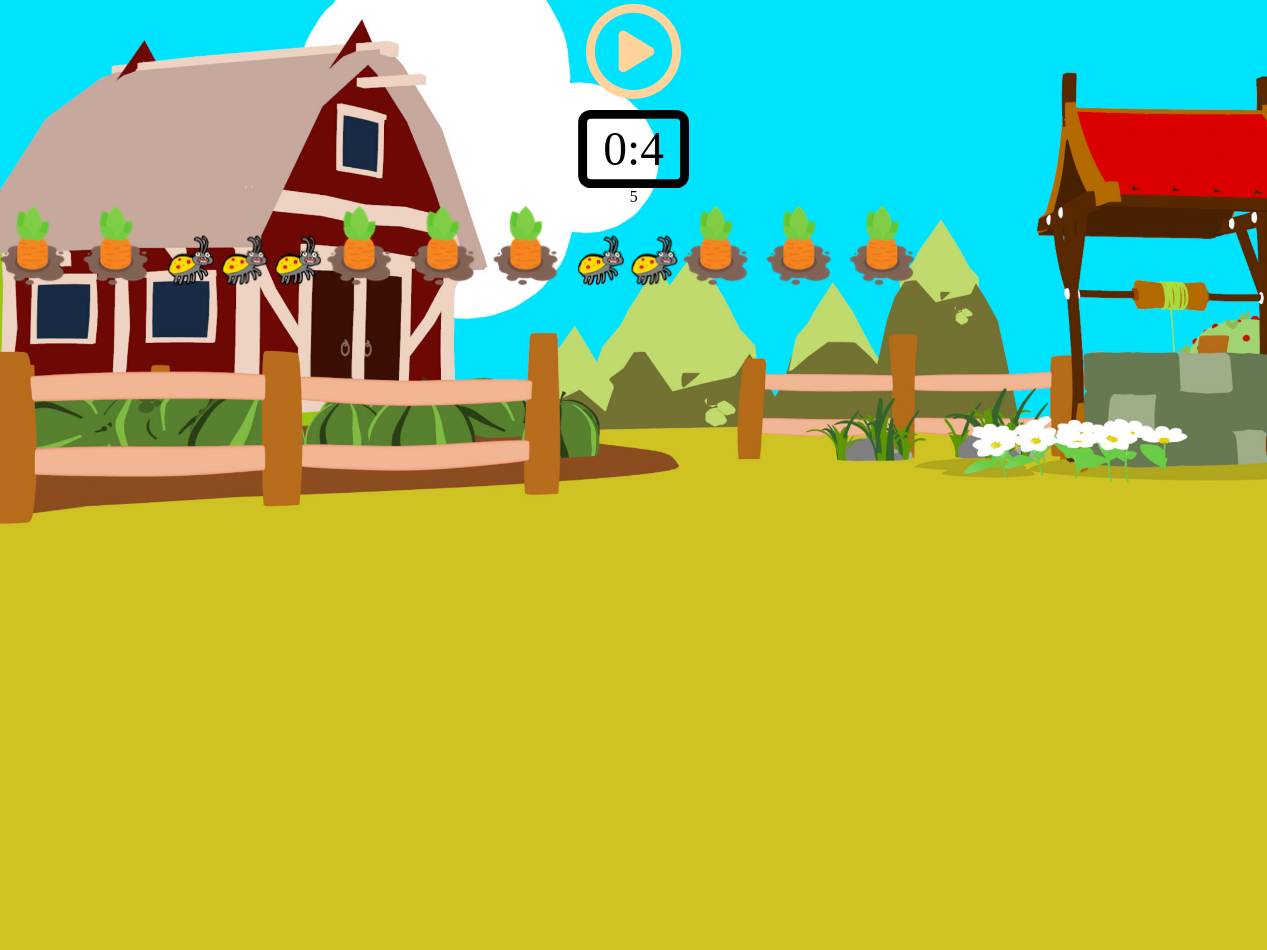
Repository: sephinejo/Mini-carrot-game
Page: index.html
The author's editor kept a copy of each file at every save. The page is drawn from the files as they stood at one save, then again after a run of saves.
The browser window is 1280 px wide. The pictures show the whole page, at 99% of full size.
Some web libraries are served in a nearby version.

Above is the page before, as saved 2023-05-14 21:23:49.

After the next 2 saves:
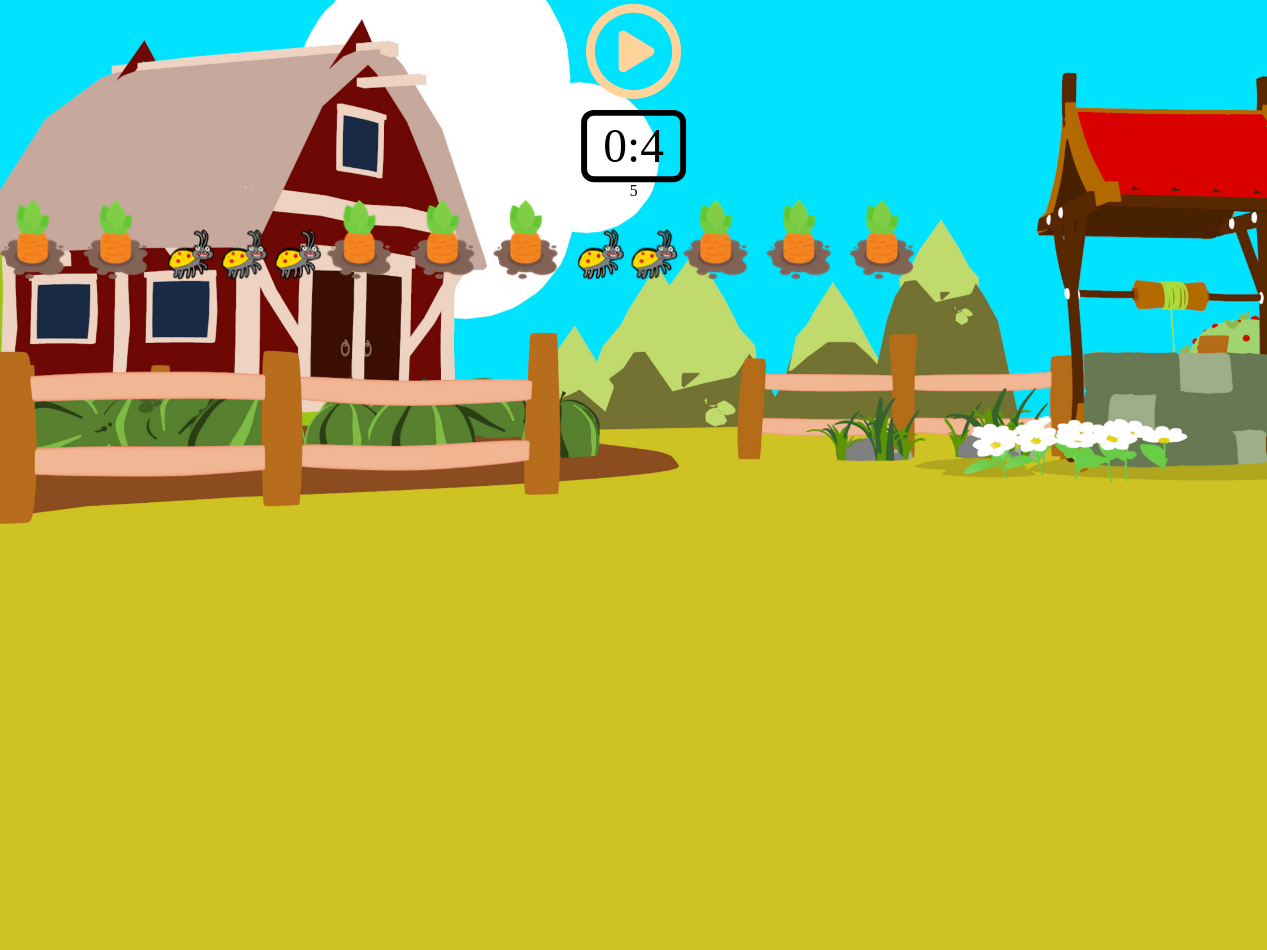
The 2 saves are shown as one change because they came seconds apart.
The last was saved 7 s later.
--- a/style.css
+++ b/style.css
@@ -26,7 +26,7 @@ body {
 .info__timer {
   font-size: 3rem;
 
-  border: 0.6rem solid black;
+  border: 0.4rem solid black;
   border-radius: 0.8rem;
   padding: 0.2rem 1rem;
 }
